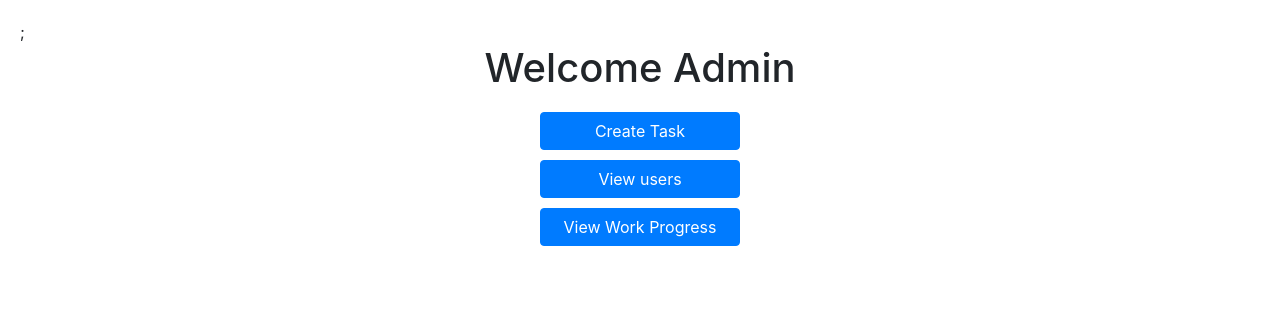
Repository: neha-rouniyar/taskmgmt
Page: http://localhost/admin/create-task
The author's editor kept a copy of each file at every save. The page is drawn from the files as they stood at one save, then again after the next save.
The browser window is 1280 px wide. The pictures show the whole page.
Some web libraries are served in a nearby version. The page is served by the project's Laravel application, run on PHP 8.4 with Laravel 10.

Above is the page before, as saved 2023-12-11 15:04:22.

After the next save:
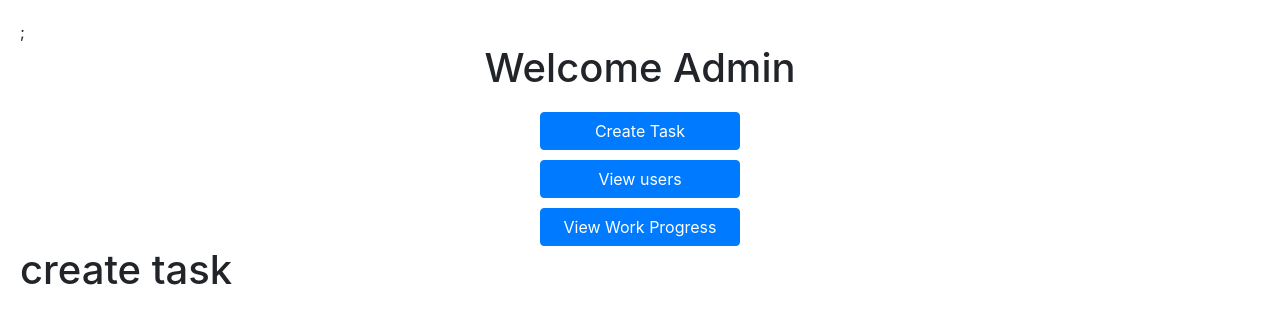
Saved 5 s later.
--- a/resources/views/admin/task/create.blade.php
+++ b/resources/views/admin/task/create.blade.php
@@ -1,6 +1,6 @@
 @extends('admin.dashboard');
 @section('admin-content')
 
-
+<h1>create task</h1>
 
 @endsection
